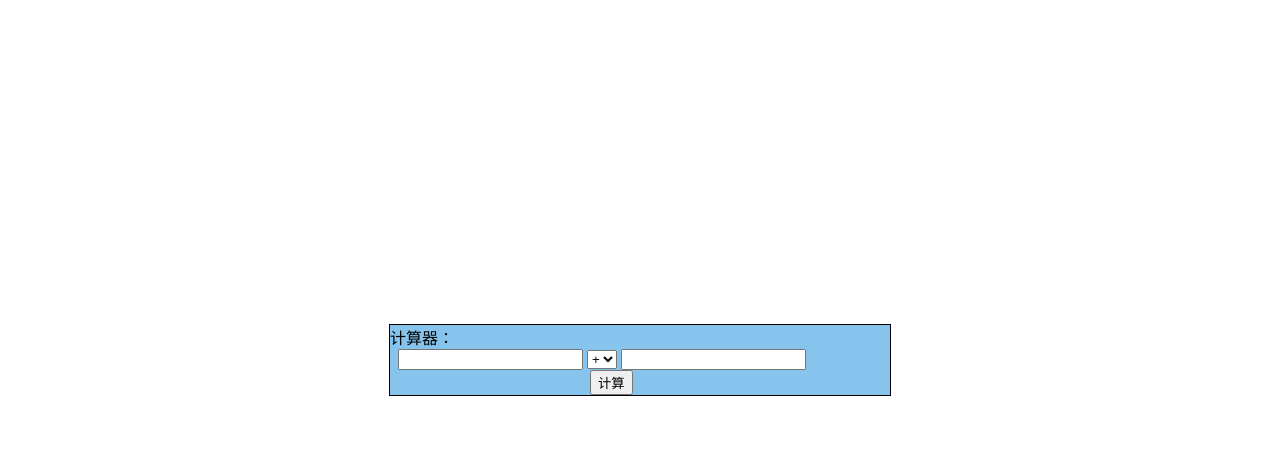
Repository: guirui-li/StudyJavaWeb
Page: http://localhost/JavawebTest/experiment05/table.jsp
The author's editor kept a copy of each file at every save. The page is drawn from the files as they stood at one save, then again after the next save.
The browser window is 1280 px wide. The pictures show the whole page.
The page is served by Tomcat 9. Other server files are loaded and not shown.

Above is the page before, as saved 2019-05-03 07:13:56.

### JavawebTest/WebContent/experiment05/table.jsp
<%@ page language="java" contentType="text/html; charset=UTF-8"
    pageEncoding="UTF-8"%>
<!DOCTYPE html>
<html>
<head>
<meta charset="UTF-8">
<title>table页面</title>
	<style type="text/css">
		#form1{
			border:1px solid black;
			width:500px;
			heigth:120px;
			background-color:#87c4ed;
			position: absolute;
			top:50%;
			left:50%;
			transform:translate(-50%,-50%);
		}
		#Submit{
			margin-left: 200px;
		}
	</style>
</head>
<body>
		<form action="/JavawebTest/TableServlet" method="get" id="form1">
			计算器：<br>
			<label>&nbsp;
				<input type="text" name="number1"/>
			</label>
			<label>
				<select name="select">
					<option value="+" selected="selected">+</option>
					<option value="-" >-</option>
					<option value="*" >*</option>
					<option value="/" >/</option>
				</select>
			</label>
			<label>
				<input type="text" name="number2"/>
			</label>
			<br>
			<label>
				<input type="submit" name="Submit" value="计算" id="Submit"/>
			</label>
		</form>
</body>
</html>

After the next save:
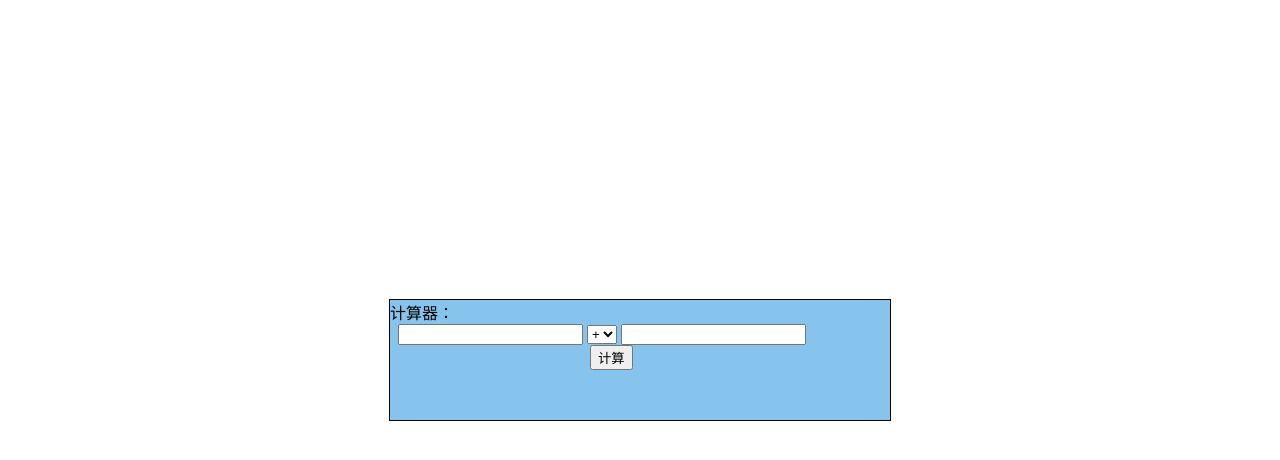
Saved 18 s later.
--- a/JavawebTest/WebContent/experiment05/table.jsp
+++ b/JavawebTest/WebContent/experiment05/table.jsp
@@ -9,7 +9,7 @@
 		#form1{
 			border:1px solid black;
 			width:500px;
-			heigth:120px;
+			height:120px;
 			background-color:#87c4ed;
 			position: absolute;
 			top:50%;
